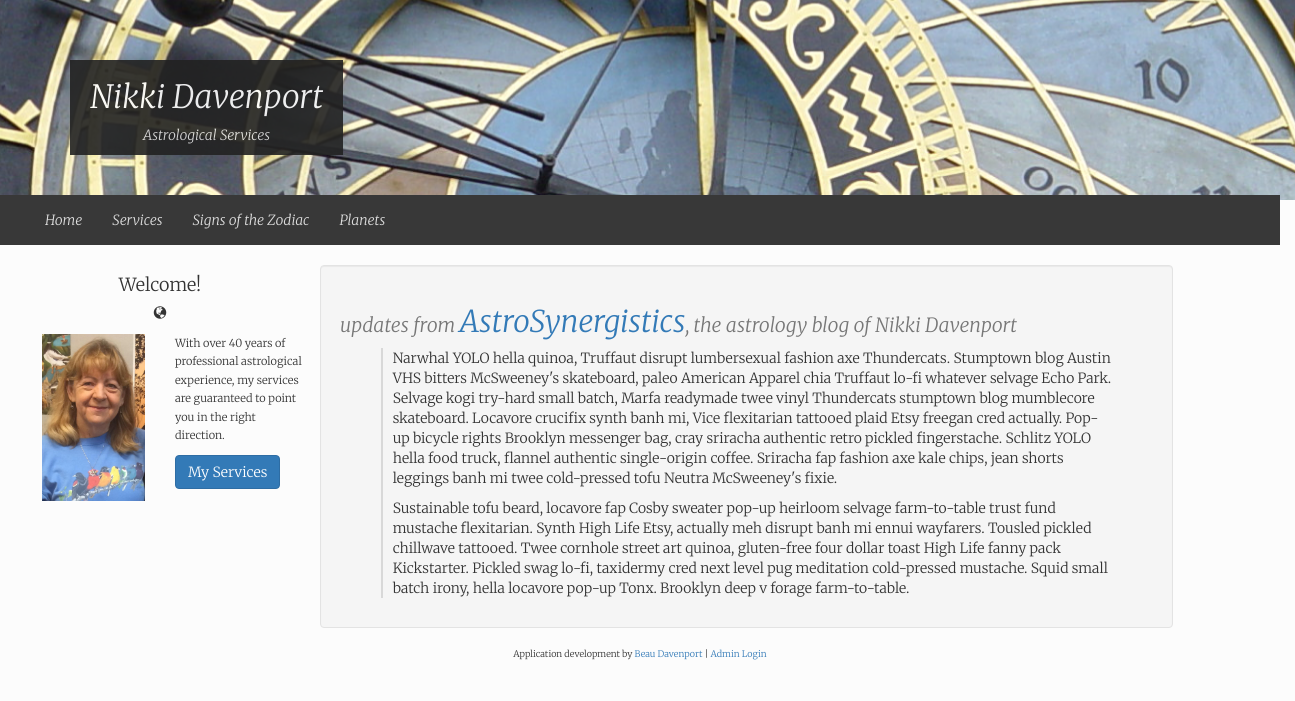
Repository: beaudavenport/astrologyDashboard
Page: prototype/index.html
The author's editor kept a record of every edit. The page is drawn from the files as they stood at one moment, then again after the next edit.
The browser window is 1280 px wide. The page is 1295 px wide, so the pictures cover 1295 px, including what lies to the right of the window. The pictures show the whole page.
Some web libraries are served in a nearby version.

Above is the page before.

### prototype/index.html
<!DOCTYPE html>
<html>
<head>
    <title>Astro Dash Prototype</title>
    <link href='//fonts.googleapis.com/css?family=Merriweather:300italic,300' rel='stylesheet' type='text/css'>
    <link href="//maxcdn.bootstrapcdn.com/bootstrap/3.2.0/css/bootstrap.min.css" rel="stylesheet">
    <link href="assets/stylesheets/add-on-css.css" rel="stylesheet">
    <meta content="width=device-width, initial-scale=1" name="viewport">
</head>
<body>

    <!-- Banner with heading and navbar -->
    <div class="banner row">
        <div class="col-md-12 col-sm-12 col-xs-12">
        <div class="spacer">
        </div>
        <div class="banner-title">
            <h1>Nikki Davenport</h1>
            <p class="text-light">Astrological Services</p>
        </div>
        <nav class="navbar navbar-default navbar-banner" role="navigation">
            <div class="container-fluid">
                <div class="navbar-header">
                    <button type="button" class="navbar-toggle collapsed" data-toggle="collapse" data-target="#bs-example-navbar-collapse-1">
                        <span class="sr-only">Toggle navigation</span>
                        <span class="icon-bar"></span>
                        <span class="icon-bar"></span>
                        <span class="icon-bar"></span>
                    </button>
                </div>
                <div class="collapse navbar-collapse" id="bs-example-navbar-collapse-1">
                    <ul class="nav navbar-nav">
                      <li><a href="#">Home</a></li>
                      <li><a href="services.html">Services</a></li>
                      <li><a href="#">Signs of the Zodiac</a></li>
                      <li><a href="#">Planets</a></li>
                    </ul>
                </div>
            </div>
        </nav>
        </div>
    </div>

    <!-- content area -->
    <div class="container-fluid">
        <div class="row">

            <!-- about panel -->
            <div class="col-md-3 col-sm-4 col-xs-12 about">
                <div class="row text-center">
                    <h4>Welcome!</h4>
                    <p><span class="glyphicon glyphicon-globe"></span></p>
                </div>
                <div class="row">
                    <div class="col-md-5 col-md-offset-1 col-sm-5 col-sm-offset-1 col-xs-6">
                        <img src="assets/images/nikki-profile.jpg" />
                    </div>
                    <div class="col-md-6 col-sm-6 col-xs-6">
                        <p><small>With over 40 years of professional astrological experience, my services are
                        guaranteed to point you in the right direction.</small></p>
                        <a class="btn btn-primary" href="services.html">My Services</a>
                    </div>
                </div>
            </div>
            <div class="col-md-8 col-sm-7 col-xs-12 well">
                <h2><em><small>updates from </small><a href="//nikiastro.wordpress.com/">AstroSynergistics</a><small>, the astrology blog of Nikki Davenport</small></em></h2>
                <div class="blog-content">
                    <p>Narwhal YOLO hella quinoa, Truffaut disrupt lumbersexual fashion axe Thundercats. Stumptown blog Austin VHS bitters McSweeney's skateboard, paleo
                    American Apparel chia Truffaut lo-fi whatever selvage Echo Park. Selvage kogi try-hard small batch, Marfa readymade twee vinyl Thundercats
                    stumptown blog mumblecore skateboard. Locavore crucifix synth banh mi, Vice flexitarian tattooed plaid Etsy freegan cred actually.
                    Pop-up bicycle rights Brooklyn messenger bag, cray sriracha authentic retro pickled fingerstache. Schlitz YOLO hella food truck,
                    flannel authentic single-origin coffee. Sriracha fap fashion axe kale chips, jean shorts leggings banh mi twee cold-pressed tofu Neutra McSweeney's fixie.
                    </p>
                    <p>Sustainable tofu beard, locavore fap Cosby sweater pop-up heirloom selvage farm-to-table trust fund mustache flexitarian.
                    Synth High Life Etsy, actually meh disrupt banh mi ennui wayfarers. Tousled pickled chillwave tattooed. Twee cornhole street art quinoa,
                    gluten-free four dollar toast High Life fanny pack Kickstarter. Pickled swag lo-fi, taxidermy cred next level pug meditation cold-pressed mustache.
                    Squid small batch irony, hella locavore pop-up Tonx. Brooklyn deep v forage farm-to-table.
                    </p>
                </div>
            </div>
        </div>
    </div>
    <div class="footer">
        <p>Application development by <a href="//beaudavenport.github.io">Beau Davenport</a> | <a href="admin">Admin Login</a></p>
    </div>
    <script src="//cdnjs.cloudflare.com/ajax/libs/jquery/2.1.1/jquery.min.js"></script>
    <script src="//maxcdn.bootstrapcdn.com/bootstrap/3.3.1/js/bootstrap.min.js"></script>
</body>
</html>

### prototype/assets/stylesheets/add-on-css.css
body {
    background-color: #FCFCFC;
    font-family: 'Merriweather', serif;
}
img {
    max-width: 100%;
}
.banner {
    font-style: italic;
    height: 100px;
    background-image: url("../images/nikiastro-banner-moon2.png");
    background-position: center;
    background-size: 200%;
    color: white;
    text-align: center;
}
.banner-title {
    background-color: #222;
    opacity: 0.9;
    color: white;
    padding-left: 20px;
    padding-right: 20px;
    display: inline-block;
    text-align: center;
    margin-bottom: 5px;
}
.banner-title h1 {
    font-size: x-large;
}
.spacer {
    height: 5px;
}
@media (min-width: 768px) {
    .banner {
        height: 150px;
        background-size: 125%;
        text-align: left;
    }
    .spacer {
        height: 30px;
    }
    .banner-title {
        margin-left: 50px;
        margin-bottom: 30px;
    }
    .banner-title h1 {
        font-size: x-large;
    }
    .blog-content {
        border-left: 2px solid #D8D8D8;
        padding-left: 10px;
    }
}
@media (min-width: 992px) {
    .banner {
        height: 200px;
        text-align: left;
    }
    .spacer {
        height: 60px;
    }
    .banner-title {
        margin-left: 70px;
        margin-bottom: 40px;
    }
    .banner-title h1 {
        font-size: xx-large;
    }
}

.footer {
    text-align: center;
    font-size: xx-small;
}
.profile-pic {
    width: 30%;
    margin: 0 auto;
}

@media(max-width: 768px) {
    .about {
        padding-bottom: 20px;
    }
    .blog-content {
        border-top: 2px solid #D8D8D8;
        padding-top: 10px;
    }
}
.blog-content {
    width: 90%;
    margin: 0 auto;
}
.about {
    font-size: small;
}
.navbar-banner {
    background-color: #383838;
    border-radius: 0;
    border: none;
}
.navbar-banner a {
    color: #DEDEDE !important;
}
.navbar-banner a:hover {
    color: #F2F2F2 !important;
}
.text-light {
    color: 	#DEDEDE;
}

After the next edit:
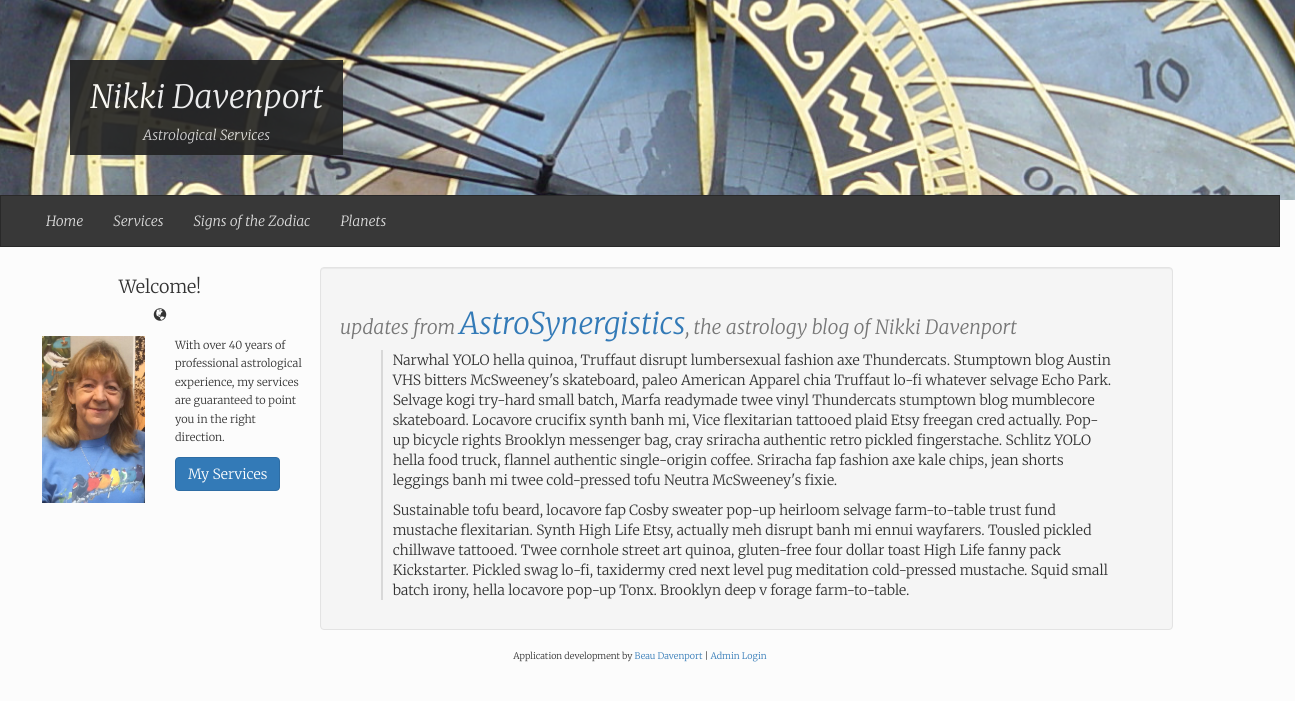
The edit:
--- a/prototype/assets/stylesheets/add-on-css.css
+++ b/prototype/assets/stylesheets/add-on-css.css
@@ -96,7 +96,7 @@
 .navbar-banner {
     background-color: #383838;
     border-radius: 0;
-    border: none;
+    border: 1px solid #292929;
 }
 .navbar-banner a {
     color: #DEDEDE !important;
